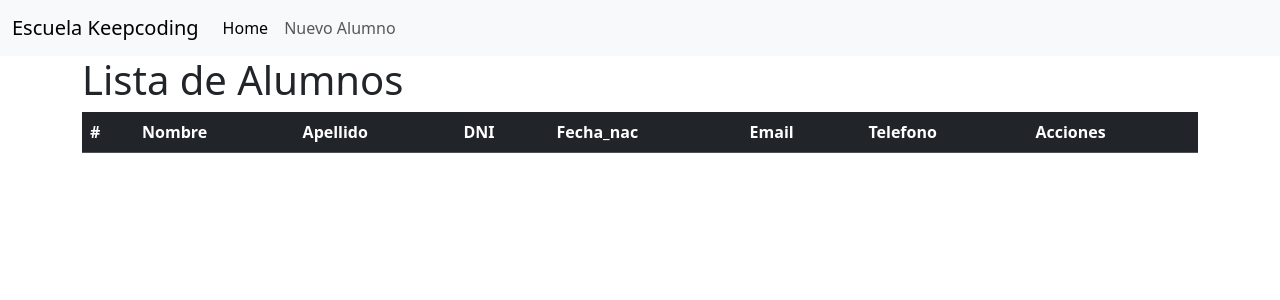
Repository: ChusmiPalos/EscuelaKeepcoding
Page: http://localhost/menu
The author's editor kept a copy of each file at every save. The page is drawn from the files as they stood at one save, then again after the next save.
The browser window is 1280 px wide. The pictures show the whole page.
The page is this project's Thymeleaf template; nobody is signed in. The template is opened directly, without the code that normally fills it, so the values that code supplies are empty.

Above is the page before, as saved 2024-07-06 22:07:45.

After the next save:
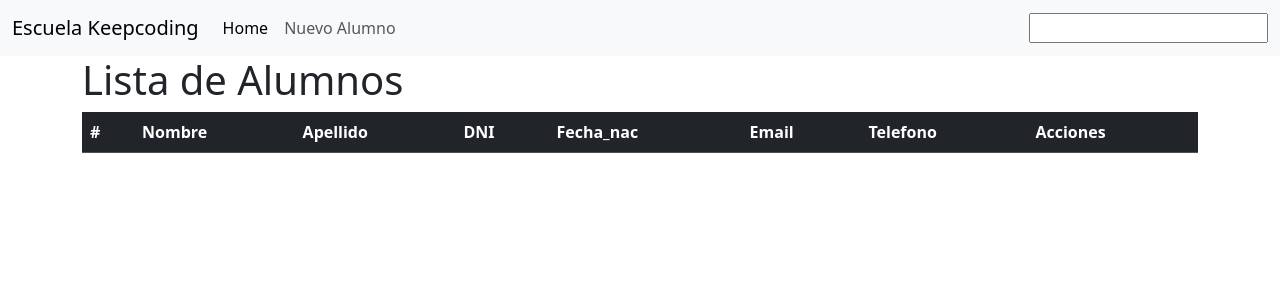
Saved 113 s later.
--- a/app-web-escuela/src/main/resources/templates/menu.html
+++ b/app-web-escuela/src/main/resources/templates/menu.html
@@ -28,6 +28,7 @@
 						th:href=@{/alumno/new}>Nuevo Alumno</a></li>
 				</ul>
 			</div>
+			<input type="text" id="username_activo" readonly>
 		</div>
 	</nav>
 

After the save that followed:
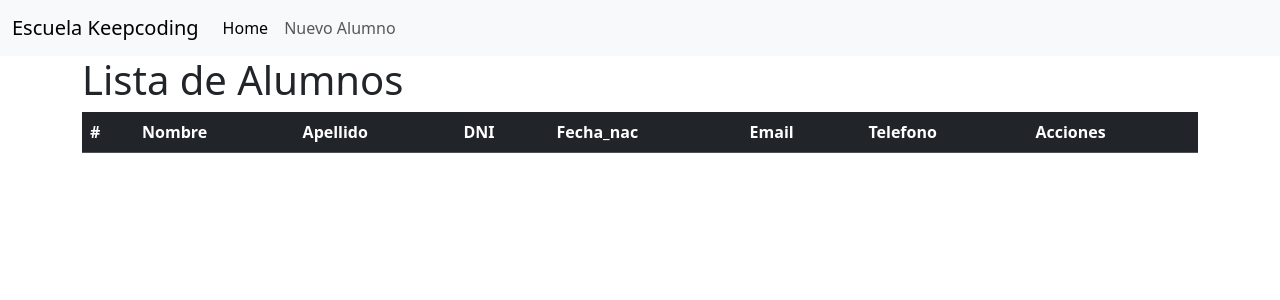
Saved 27 s later.
--- a/app-web-escuela/src/main/resources/templates/menu.html
+++ b/app-web-escuela/src/main/resources/templates/menu.html
@@ -28,7 +28,7 @@
 						th:href=@{/alumno/new}>Nuevo Alumno</a></li>
 				</ul>
 			</div>
-			<input type="text" id="username_activo" readonly>
+			<input type="text" class="btn btn-default" id="username_activo" readonly>
 		</div>
 	</nav>
 
